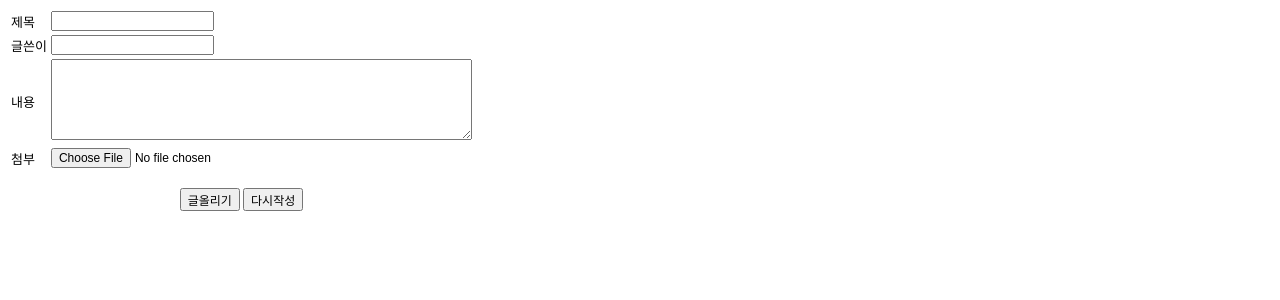
Repository: cartoon1110/KosaSwCourse
Page: http://localhost/JSPprogramming/exam01/write_form_no_attch.jsp
These files come from the project's save history. The page is drawn as it stood at one moment and after the next save; the edit follows.
The browser window is 1280 px wide. The pictures show the whole page.
The page is served by Tomcat 9.

Above is the page before, as saved 2015-08-26 05:48:07.

After the next save:
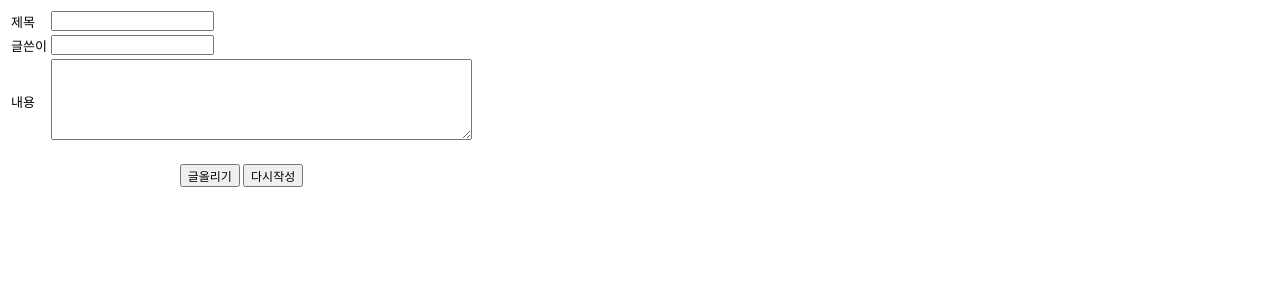
Saved 6 s later.
--- a/workspace-web/JSPprogramming/WebContent/exam01/write_form_no_attch.jsp
+++ b/workspace-web/JSPprogramming/WebContent/exam01/write_form_no_attch.jsp
@@ -31,10 +31,6 @@
 					<td><textarea name="content" rows="5" cols="50"></textarea></td>
 				</tr>
 				<tr>
-					<td>첨부</td>
-					<td><input type="file" name="attach" /></td>
-				</tr>
-				<tr>
 					<td colspan="2" style="text-align:center;">
 						<br/>
 						<input type="submit" value="글올리기"/>
